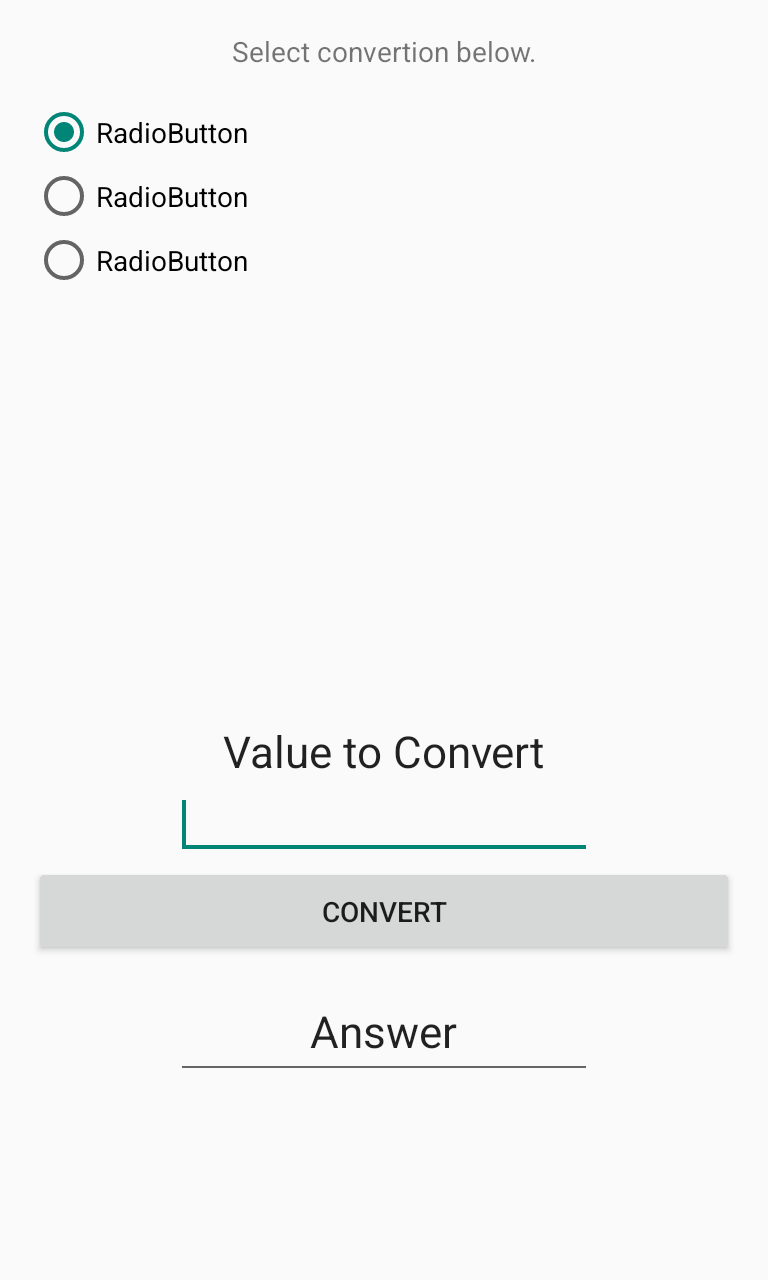
Repository: awayzo/6300Fall14Assignment4
Layout: UnitConvertor/res/layout/activity_dis.xml
These files come from the project's save history. The layout is drawn as it stood at one moment and after the next save; the edit follows.
It is drawn on a 768 x 1280 px phone screen (xhdpi) without system bars, with theme AppTheme; the app's code is not run.

Above is the layout before, as saved 2014-09-27 07:57:07.

### UnitConvertor/res/layout/activity_dis.xml
<RelativeLayout xmlns:android="http://schemas.android.com/apk/res/android"
    xmlns:tools="http://schemas.android.com/tools"
    android:layout_width="match_parent"
    android:layout_height="match_parent"
    android:paddingBottom="@dimen/activity_vertical_margin"
    android:paddingLeft="@dimen/activity_horizontal_margin"
    android:paddingRight="@dimen/activity_horizontal_margin"
    android:paddingTop="@dimen/activity_vertical_margin"
    tools:context="edu.gatech.seclass.unitconvertor.DisActivity" >

    <TextView
        android:id="@+id/lblTitle_Distance"
        android:layout_width="wrap_content"
        android:layout_height="wrap_content"
        android:layout_alignParentTop="true"
        android:layout_centerHorizontal="true"
        android:text="Select convertion below." />

    <RadioGroup
        android:id="@+id/radioGroupDistance"
        android:layout_width="match_parent"
        android:layout_height="wrap_content"
        android:layout_below="@+id/lblTitle_Distance"
        android:layout_centerHorizontal="true"
        android:layout_marginTop="15dp" >

        <RadioButton
            android:id="@+id/radio0"
            android:layout_width="wrap_content"
            android:layout_height="wrap_content"
            android:checked="true"
            android:text="RadioButton" />

        <RadioButton
            android:id="@+id/radio1"
            android:layout_width="wrap_content"
            android:layout_height="wrap_content"
            android:text="RadioButton" />

        <RadioButton
            android:id="@+id/radio2"
            android:layout_width="wrap_content"
            android:layout_height="wrap_content"
            android:text="RadioButton" />
    </RadioGroup>

    <Button
        android:id="@+id/btnConvert"
        android:layout_width="match_parent"
        android:layout_height="wrap_content"
        android:layout_above="@+id/lblAnswer"
        android:layout_centerHorizontal="true"
        android:layout_marginBottom="21dp"
        android:text="Convert" />

    <TextView
        android:id="@+id/lblValue"
        android:layout_width="wrap_content"
        android:layout_height="wrap_content"
        android:layout_above="@+id/txtValue"
        android:layout_centerHorizontal="true"
        android:text="Value to Convert"
        android:textAppearance="?android:attr/textAppearanceLarge" />

    <EditText
        android:id="@+id/txtValue"
        android:layout_width="wrap_content"
        android:layout_height="wrap_content"
        android:layout_above="@+id/btnConvert"
        android:layout_alignLeft="@+id/txtAnswer"
        android:ems="10"
        android:inputType="numberDecimal" >

        <requestFocus />
    </EditText>

    <TextView
        android:id="@+id/lblAnswer"
        android:layout_width="wrap_content"
        android:layout_height="wrap_content"
        android:layout_alignTop="@+id/txtAnswer"
        android:layout_centerHorizontal="true"
        android:text="Answer"
        android:textAppearance="?android:attr/textAppearanceLarge" />

    <EditText
        android:id="@+id/txtAnswer"
        android:layout_width="wrap_content"
        android:layout_height="wrap_content"
        android:layout_alignParentBottom="true"
        android:layout_centerHorizontal="true"
        android:layout_marginBottom="82dp"
        android:ems="10"
        android:inputType="numberDecimal" />

</RelativeLayout>

Loaded but not shown: UnitConvertor/res/values/styles.xml (common file); UnitConvertor/res/values-v11/styles.xml (common file); UnitConvertor/res/values-v14/styles.xml (common file); UnitConvertor/res/values/dimens.xml (common file); UnitConvertor/res/values-w820dp/dimens.xml (common file)

After the next save:
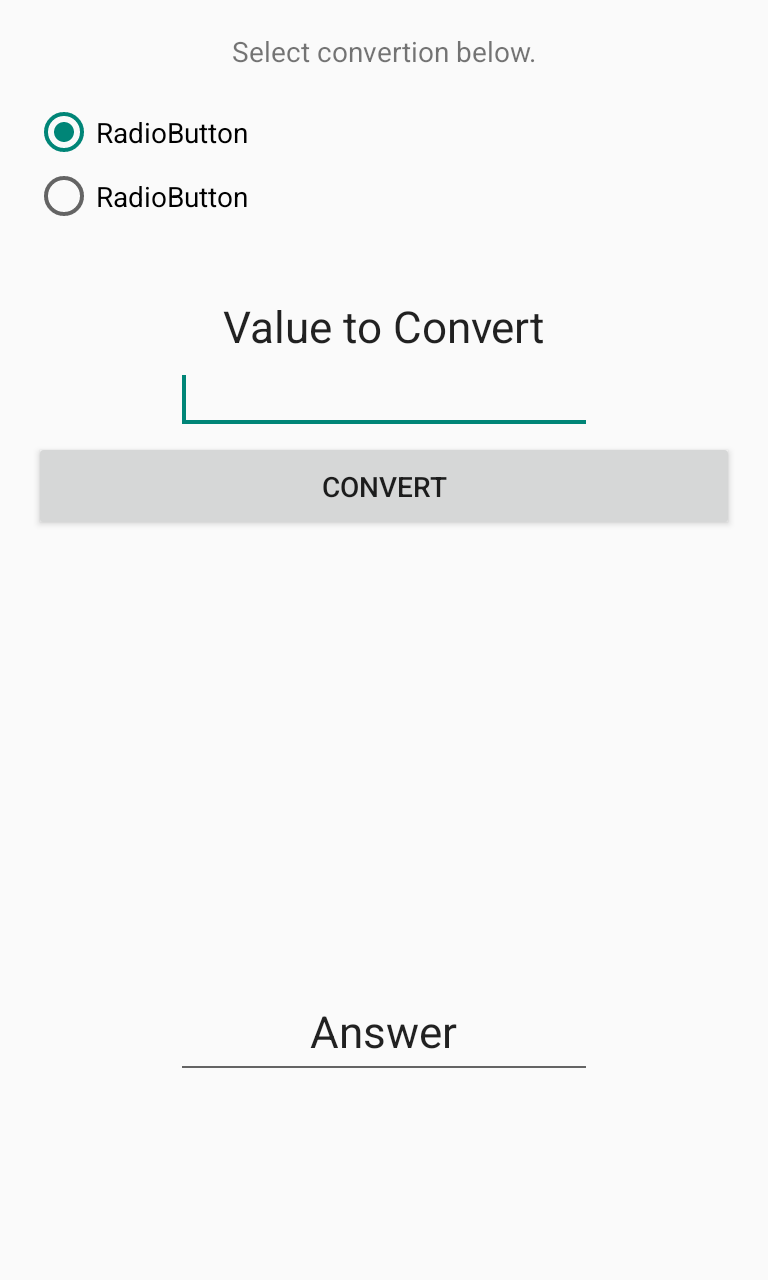
Saved 20 s later.
--- a/UnitConvertor/res/layout/activity_dis.xml
+++ b/UnitConvertor/res/layout/activity_dis.xml
@@ -36,43 +36,7 @@
             android:layout_width="wrap_content"
             android:layout_height="wrap_content"
             android:text="RadioButton" />
-
-        <RadioButton
-            android:id="@+id/radio2"
-            android:layout_width="wrap_content"
-            android:layout_height="wrap_content"
-            android:text="RadioButton" />
     </RadioGroup>
-
-    <Button
-        android:id="@+id/btnConvert"
-        android:layout_width="match_parent"
-        android:layout_height="wrap_content"
-        android:layout_above="@+id/lblAnswer"
-        android:layout_centerHorizontal="true"
-        android:layout_marginBottom="21dp"
-        android:text="Convert" />
-
-    <TextView
-        android:id="@+id/lblValue"
-        android:layout_width="wrap_content"
-        android:layout_height="wrap_content"
-        android:layout_above="@+id/txtValue"
-        android:layout_centerHorizontal="true"
-        android:text="Value to Convert"
-        android:textAppearance="?android:attr/textAppearanceLarge" />
-
-    <EditText
-        android:id="@+id/txtValue"
-        android:layout_width="wrap_content"
-        android:layout_height="wrap_content"
-        android:layout_above="@+id/btnConvert"
-        android:layout_alignLeft="@+id/txtAnswer"
-        android:ems="10"
-        android:inputType="numberDecimal" >
-
-        <requestFocus />
-    </EditText>
 
     <TextView
         android:id="@+id/lblAnswer"
@@ -93,4 +57,34 @@
         android:ems="10"
         android:inputType="numberDecimal" />
 
+    <TextView
+        android:id="@+id/lblValue"
+        android:layout_width="wrap_content"
+        android:layout_height="wrap_content"
+        android:layout_below="@+id/radioGroupDistance"
+        android:layout_centerHorizontal="true"
+        android:layout_marginTop="34dp"
+        android:text="Value to Convert"
+        android:textAppearance="?android:attr/textAppearanceLarge" />
+
+    <EditText
+        android:id="@+id/txtValue"
+        android:layout_width="wrap_content"
+        android:layout_height="wrap_content"
+        android:layout_alignLeft="@+id/txtAnswer"
+        android:layout_below="@+id/lblValue"
+        android:ems="10"
+        android:inputType="numberDecimal" >
+
+        <requestFocus />
+    </EditText>
+
+    <Button
+        android:id="@+id/btnConvert"
+        android:layout_width="match_parent"
+        android:layout_height="wrap_content"
+        android:layout_alignLeft="@+id/radioGroupDistance"
+        android:layout_below="@+id/txtValue"
+        android:text="Convert" />
+
 </RelativeLayout>
